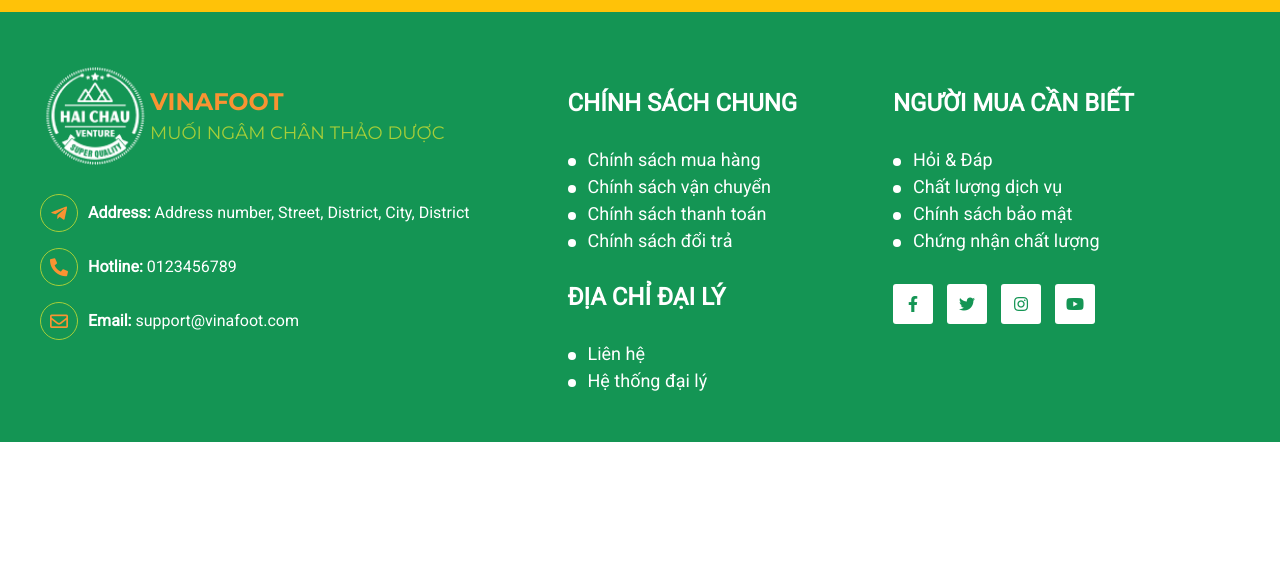
Repository: haianh12082001/VINAFOOT
Page: news.html
An editor plug-in stored every save of this project. The page is shown before and after the next save, followed by the edit.
The browser window is 1280 px wide. The pictures show the whole page.
Some web libraries are served in a nearby version.

Above is the page before, as saved 2021-12-12 17:14:25.

### news.html
<!DOCTYPE html>
<html lang="en">
    <head>
        <meta charset="UTF-8" />
        <meta http-equiv="X-UA-Compatible" content="IE=edge" />
        <meta name="viewport" content="width=device-width, initial-scale=1.0" />
        <link href="https://fonts.googleapis.com/css2?family=Montserrat:wght@300;400;500;700;900&display=swap" rel="stylesheet" />
        <link href="https://fonts.googleapis.com/css?family=Roboto" rel="stylesheet" />
        <link href="https://fonts.googleapis.com/css2?family=Be+Vietnam+Pro:wght@500&display=swap" rel="stylesheet" />
        <link rel="stylesheet" href="./assets/fonts/fontawesome-free-5.15.3/css/all.min.css" />
        <link
            rel="stylesheet"
            href="https://cdn.jsdelivr.net/npm/bootstrap@4.6.0/dist/css/bootstrap.min.css"
            integrity="sha384-B0vP5xmATw1+K9KRQjQERJvTumQW0nPEzvF6L/Z6nronJ3oUOFUFpCjEUQouq2+l"
            crossorigin="anonymous"
        />
        <link rel="stylesheet" type="text/css" href="https://cdn.jsdelivr.net/npm/slick-carousel@1.8.1/slick/slick.css" />
        <link rel="stylesheet" href="./assets/css/app.css" />
        <title>Document</title>
    </head>
    <body>
        <div class="footer">
            <div class="line"></div>
            <div class="container">
                <div class="row py-5">
                    <div class="col-lg-5 col-12">
                        <div class="logo d-flex mb-lg-4">
                            <img src="./assets/img/logo-footer.png" alt="" />
                            <div class="d-flex flex-column justify-content-center">
                                <div class="company">vinafoot</div>
                                <div class="name">muối ngâm chân thảo dược</div>
                            </div>
                        </div>
                        <div class="d-flex flex-column">
                            <div class="item d-flex align-items-center mb-3">
                                <div class="icon"><i class="fab fa-telegram-plane"></i></div>
                                <span><b>Address:</b> Address number, Street, District, City, District</span>
                            </div>
                            <div class="item d-flex align-items-center mb-3">
                                <div class="icon"><i class="fas fa-phone-alt"></i></div>
                                <span><b>Hotline:</b> 0123456789</span>
                            </div>
                            <div class="item d-flex align-items-center mb-3">
                                <div class="icon"><i class="far fa-envelope"></i></div>
                                <span><b>Email:</b> support@vinafoot.com</span>
                            </div>
                        </div>
                    </div>
                    <div class="col-lg-4 px-lg-5 col-sm-6 order-sm-2">
                        <div class="title">Người mua cần biết</div>
                        <ul class="list">
                            <li>Hỏi & Đáp</li>
                            <li>Chất lượng dịch vụ</li>
                            <li>Chính sách bảo mật</li>
                            <li>Chứng nhận chất lượng</li>
                        </ul>
                        <div class="social d-flex">
                            <a href="">
                                <div class="social-icon">
                                    <i class="fab fa-facebook-f"></i>
                                </div>
                            </a>
                            <a href="">
                                <div class="social-icon">
                                    <i class="fab fa-twitter"></i>
                                </div>
                            </a>
                            <a href="">
                                <div class="social-icon">
                                    <i class="fab fa-instagram"></i>
                                </div>
                            </a>
                            <a href="">
                                <div class="social-icon">
                                    <i class="fab fa-youtube"></i>
                                </div>
                            </a>
                        </div>
                    </div>
                    <div class="col-lg-3 col-sm-6 order-sm-1">
                        <div class="col-12">
                            <div class="title">Chính sách chung</div>
                            <ul class="list">
                                <li>Chính sách mua hàng</li>
                                <li>Chính sách vận chuyển</li>
                                <li>Chính sách thanh toán</li>
                                <li>Chính sách đổi trả</li>
                            </ul>
                        </div>
                        <div class="col-12">
                            <div class="title">ĐỊa chỉ đại lý</div>
                            <ul class="list">
                                <li>Liên hệ</li>
                                <li>Hệ thống đại lý</li>
                            </ul>
                        </div>
                    </div>
                </div>
            </div>
        </div>
        <script type="text/javascript" src="https://code.jquery.com/jquery-1.11.0.min.js"></script>
        <script type="text/javascript" src="https://code.jquery.com/jquery-migrate-1.2.1.min.js"></script>
        <script
            src="https://cdnjs.cloudflare.com/ajax/libs/bootstrap/4.6.0/js/bootstrap.min.js"
            integrity="sha512-XKa9Hemdy1Ui3KSGgJdgMyYlUg1gM+QhL6cnlyTe2qzMCYm4nAZ1PsVerQzTTXzonUR+dmswHqgJPuwCq1MaAg=="
            crossorigin="anonymous"
            referrerpolicy="no-referrer"
        ></script>
        <script type="text/javascript" src="https://cdn.jsdelivr.net/npm/slick-carousel@1.8.1/slick/slick.min.js"></script>
        <script src="./assets/js/main.js"></script>
    </body>
</html>

Loaded but not shown: assets/fonts/fontawesome-free-5.15.3/css/all.min.css (library); assets/js/main.js (103 lines, source omitted); assets/css/app.css (2055 lines, source omitted)

After the next save:
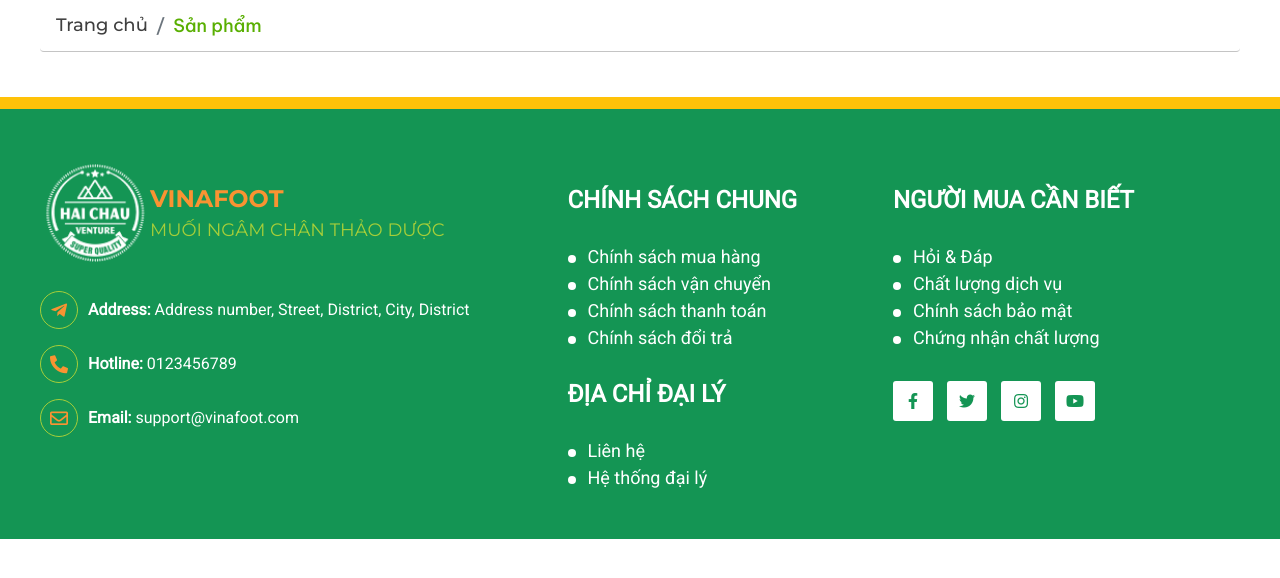
Saved 36 s later.
--- a/news.html
+++ b/news.html
@@ -19,6 +19,14 @@
         <title>Document</title>
     </head>
     <body>
+        <div class="box-breadcrumb">
+            <div class="container">
+                <ul class="breadcrumb">
+                    <li class="breadcrumb-item"><a href="">Trang chủ</a></li>
+                    <li class="breadcrumb-item active">Sản phẩm</li>
+                </ul>
+            </div>
+        </div>
         <div class="footer">
             <div class="line"></div>
             <div class="container">
